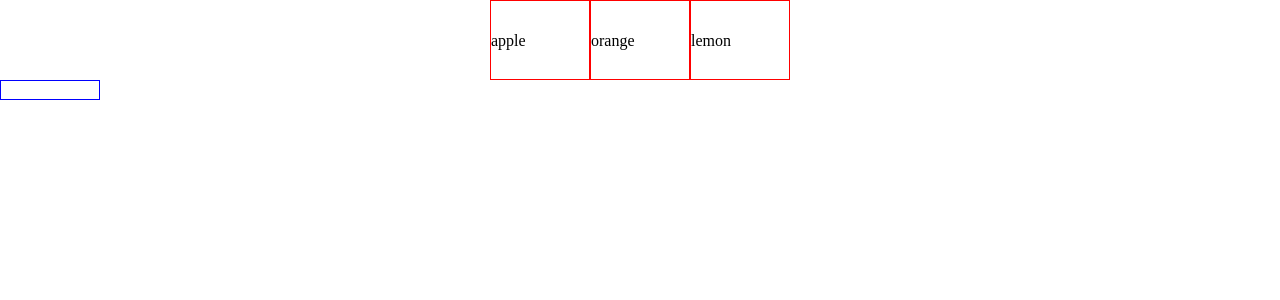
Repository: chenguocan/Vue_demo_1
Page: 基础案例.html
These files come from the project's save history. The page is drawn as it stood at one moment and after the next save; the edit follows.
The browser window is 1280 px wide. The pictures show the whole page.

Above is the page before, as saved 2020-07-20 16:22:38.

After the next save:
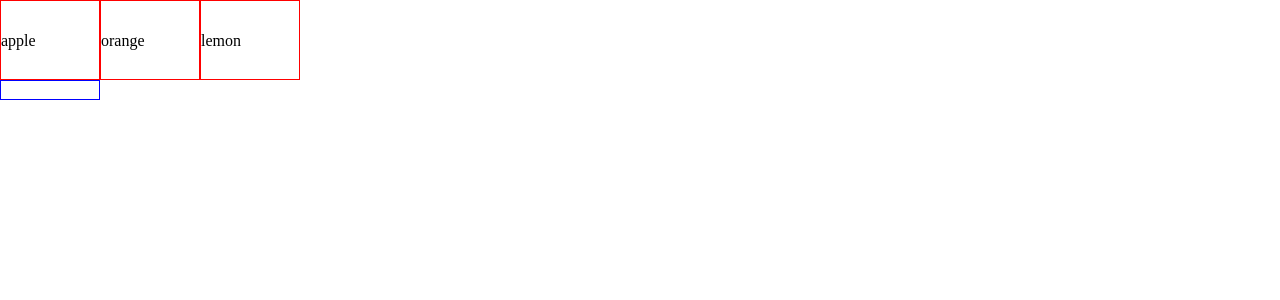
Saved 7 s later.
--- a/基础案例.html
+++ b/基础案例.html
@@ -18,7 +18,6 @@
         display: flex;
         flex-direction: row;
         list-style: none;
-        justify-content: center;
       }
       ul > li {
         width: 100px;
